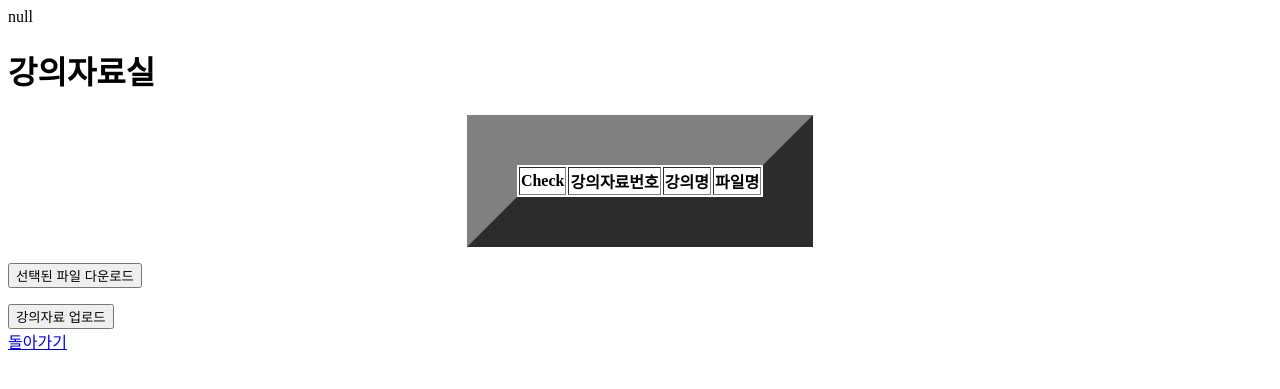
Repository: jungmintaeng/mini-ucampus
Page: http://localhost/ucam/LectureNote.jsp
An editor plug-in stored every save of this project. The page is shown before and after the next save, followed by the edit.
The browser window is 1280 px wide. The pictures show the whole page.
The page is served by Tomcat 9. Queries for data that is not in the repository find no rows.

Above is the page before, as saved 2016-06-13 11:19:07.

After the next save:
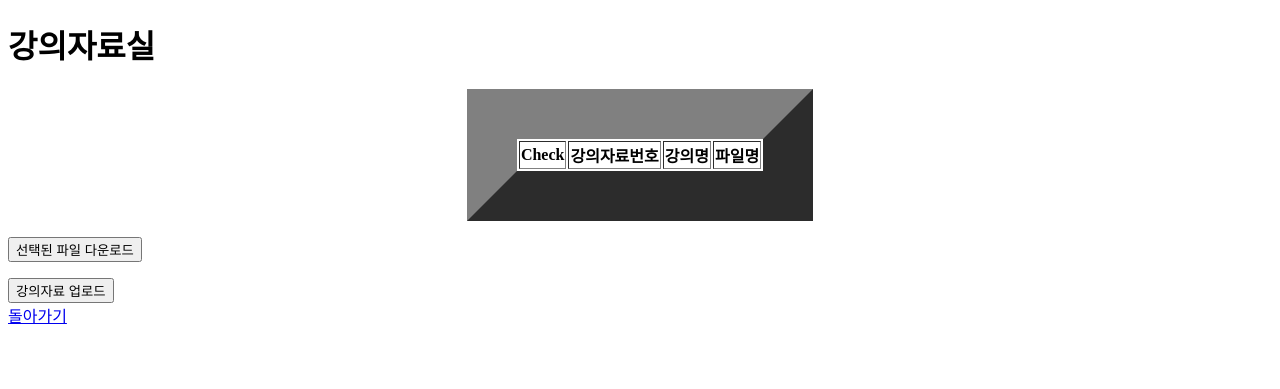
Saved 33 s later.
--- a/ucam/WebContent/LectureNote.jsp
+++ b/ucam/WebContent/LectureNote.jsp
@@ -40,8 +40,6 @@ catch(Exception ex)
 	out.println("<script>alert('what?...');</script>");
 }
 	Course_num = request.getParameter("course");
-
-	out.print(Course_num);
 	try
 	{
 	st = con.createStatement();
